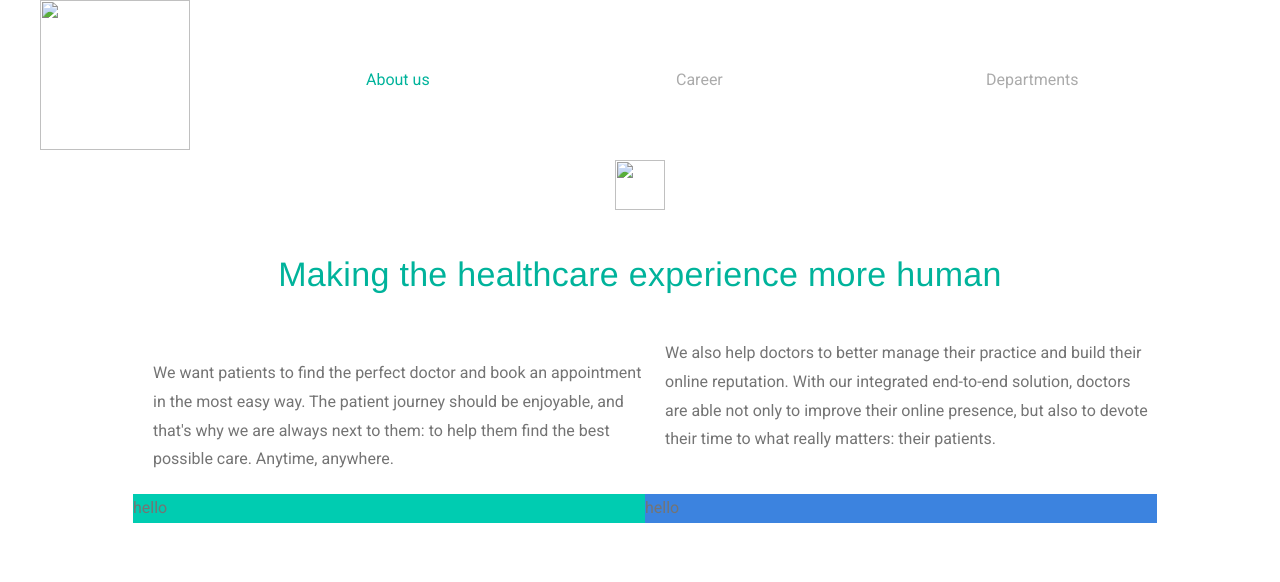
Repository: Hassanine-jaouadi/docplanner
Page: doc-panner.html
The author's editor kept a copy of each file at every save. The page is drawn from the files as they stood at one save, then again after the next save.
The browser window is 1280 px wide. The pictures show the whole page.
Some web libraries are served in a nearby version.

Above is the page before, as saved 2020-01-17 11:01:27.

After the next save:
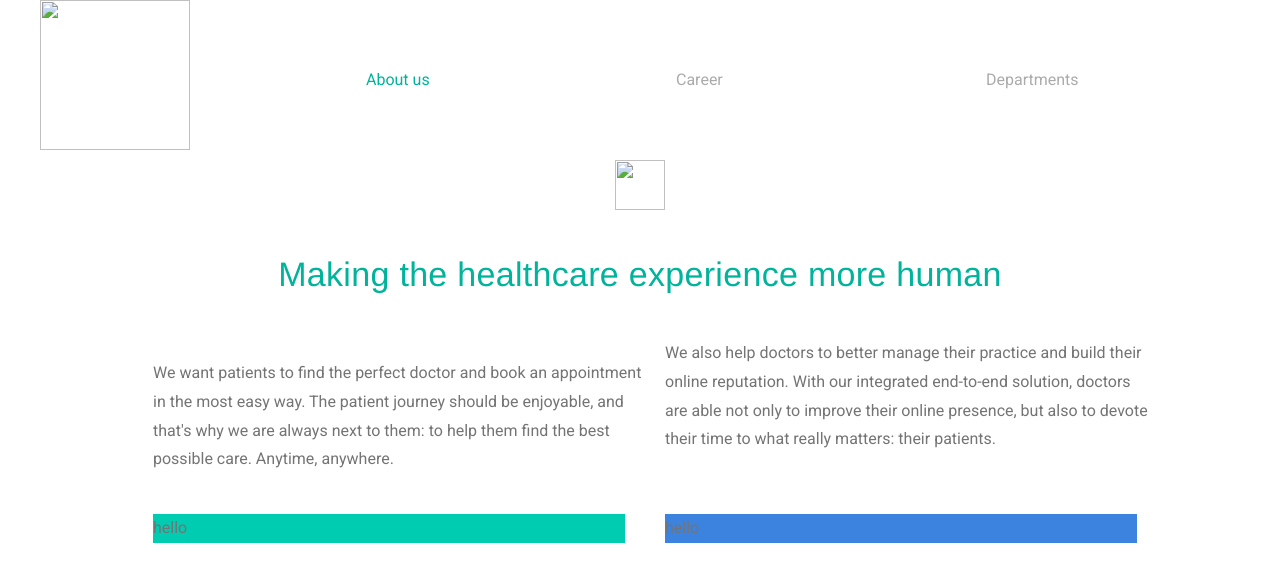
Saved 23 s later.
--- a/style.css
+++ b/style.css
@@ -127,10 +127,12 @@ body {
     width: 50%;
     width: 50%;
     background-color: #00ccb1;
+    margin: 20px;
  }
 
  .box-for-doctors {
     width: 50%;
     width: 50%;
     background-color: #3c83df;
+    margin: 20px;
  }
